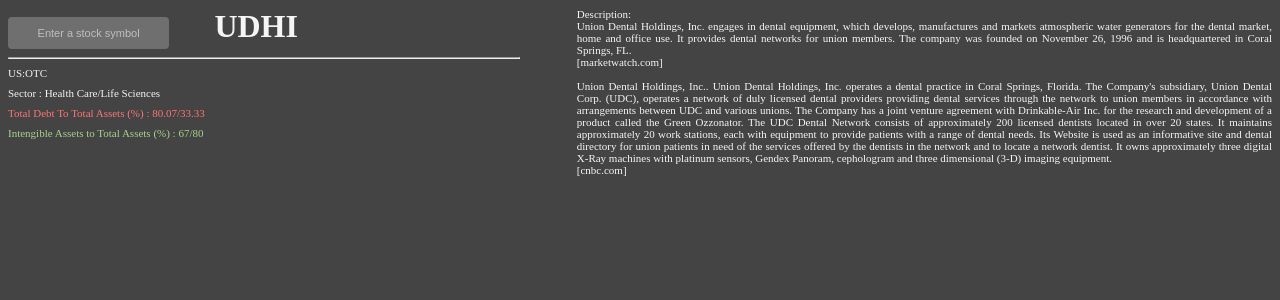
Repository: hadi4172/halal-stock-scanner
Page: popup.html
The author's editor kept a copy of each file at every save. The page is drawn from the files as they stood at one save, then again after the next save.
The browser window is 1280 px wide. The pictures show the whole page.

Above is the page before, as saved 2020-09-24 19:40:43.

After the next save:
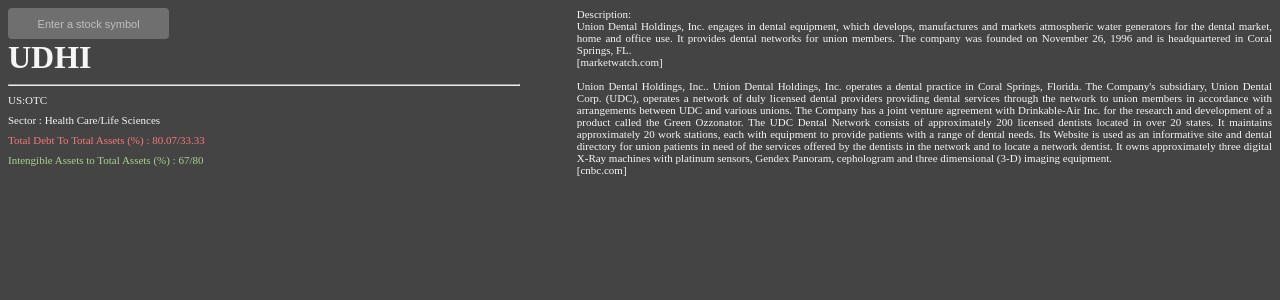
Saved 78 s later.
--- a/popup.html
+++ b/popup.html
@@ -13,9 +13,11 @@
 
 <body class=dark-background>
     <div id=left>
-        <input id=input class=dark-input type=text maxlength=5 placeholder="Enter a stock symbol" />
-        <i id=search-btn class="fa fa-search fa-lg dark-icon"></i>
-        <i id=settings-btn class="fa fa-cog fa-lg dark-icon"></i>
+        <div>
+            <input id=input class=dark-input type=text maxlength=5 placeholder="Enter a stock symbol" />
+            <i id=search-btn class="fa fa-search fa-lg dark-icon"></i>
+            <i id=settings-btn class="fa fa-cog fa-lg dark-icon"></i>
+        </div>
         <span id=symbol class="dark-text">UDHI</span>
         <i id=icon-is-correct-or-no class="fa fa-exclamation-triangle fa-2x"></i>
         <div style="width:90%">
@@ -23,7 +25,8 @@
             <div id=market class="info dark-text">US:OTC</div>
             <div id=sector class="info dark-text">Sector : Health Care/Life Sciences</div>
             <div id=debt-to-assets class="info dark-text not-conform">Total Debt To Total Assets (%) : 80.07/33.33</div>
-            <div id=intengible-assets-to-total-assets class="info dark-text conform">Intengible Assets to Total Assets (%) : 67/80 </div>
+            <div id=intengible-assets-to-total-assets class="info dark-text conform">Intengible Assets to Total Assets
+                (%) : 67/80 </div>
         </div>
     </div>
 
